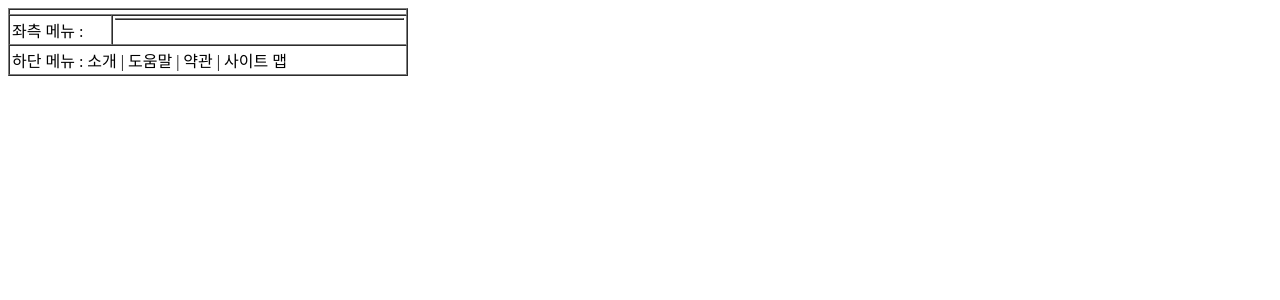
Repository: kr1124/jsp
Page: http://localhost/ServletProject/temp/mainPage.jsp
These files come from the project's save history. The page is drawn as it stood at one moment and after the next save; the edit follows.
The browser window is 1280 px wide. The pictures show the whole page.
The page is served by Tomcat 9.

Above is the page before, as saved 2024-12-05 01:55:12.

After the next save:
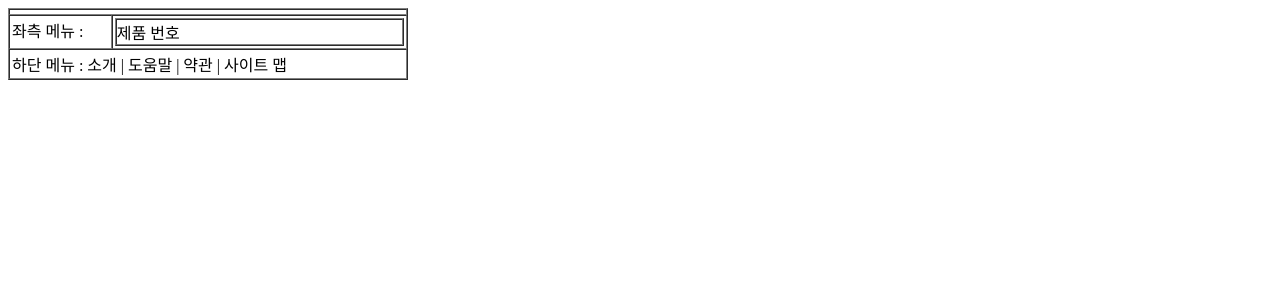
Saved 26 s later.
--- a/ServletProject/src/main/webapp/temp/template/info_view.jsp
+++ b/ServletProject/src/main/webapp/temp/template/info_view.jsp
@@ -1,5 +1,8 @@
 <%@ page language="java" contentType="text/html; charset=UTF-8"
     pageEncoding="UTF-8"%>
 <table width="100%" border="1" cellpadding="0" cellspacing="0" >
+	<tr>
+		<td>제품 번호</td>
+	</tr>
 
 </table>
